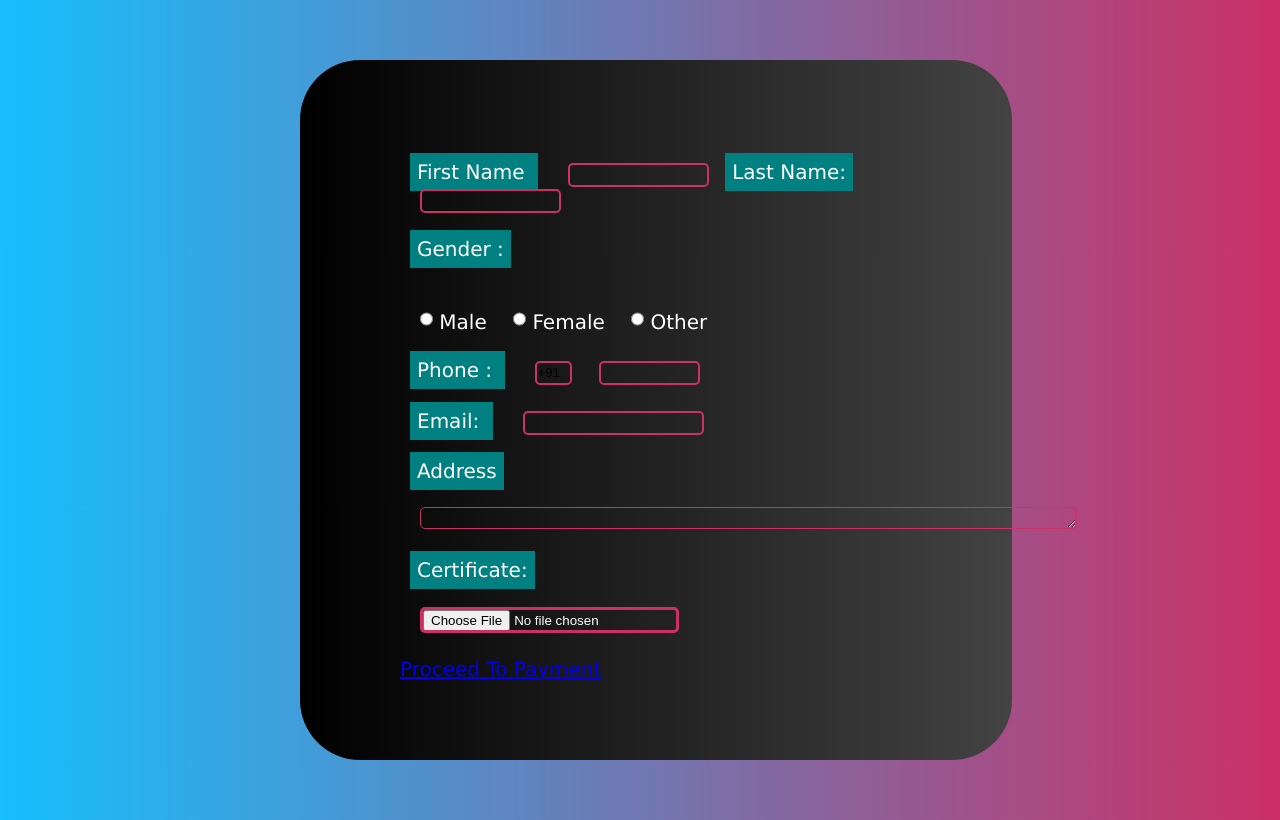
Repository: sarthakkathpalia/elliptical
Page: html/form.html
An editor plug-in stored every save of this project. The page is shown before and after the next save, followed by the edit.
The browser window is 1280 px wide. The pictures show the whole page.

Above is the page before, as saved 2021-10-30 17:48:02.

### html/form.html
<!DOCTYPE html>
<html lang="en">
<head>
    <meta charset="UTF-8">
    <meta http-equiv="X-UA-Compatible" content="IE=edge">
    <meta name="viewport" content="width=device-width, initial-scale=1.0">
    <title>form</title>
</head>
<style>
        *{
        padding: 0%;
        margin: 0%;
            }
        input , textarea{
            border-radius: 5px;
            margin-left: 20px;
            height: 20px;
            background: transparent;
            border-style: solid;
            border-color: #CB3066;
        }
        label{
            background-color: teal;
            padding: 7px;
            margin: 10px;
        }
        .book{
            display:flex;
            align-items: center;

            background-image: linear-gradient(to right ,#16BFFD,#CB3066);
        }
        .box{
            font-family:'Lucida Sans', 'Lucida Sans Regular', 'Lucida Grande', 'Lucida Sans Unicode', Geneva, Verdana, sans-serif;
            border-radius: 60px;
            font-size: 20px;
            color: white;
            background-image: linear-gradient(to right , #000000,#434343);
            width: 40%;
            height: 500px;
            margin-top: 60px;
            margin-bottom: 60px;
            margin-left: 300px;
            padding: 100px;
        }

</style>
<body>
    <form class="book">
      <div class="box">
        <label> First Name </label>
        <input type="text" name="firstname" size="15"/>
        <label> Last Name: </label>
        <input type="text" name="lastname" size="15"/> <br> <br>

        <label>
        Gender :
        </label><br>  <br><br>
        <input type="radio" name="male"/> Male
        <input type="radio" name="female"/> Female
        <input type="radio" name="other"/> Other
        <br>
        <br>

        <label>
        Phone :
        </label>
        <input type="text" name="country code"  value="+91" size="2"/>
        <input type="text" name="phone" size="10"/> <br> <br>
        <label>
            Email:
        </label>
        <input type="email" id="email" name="email"/> <br>
        <br>
        <label>
            Address
        </label>
        <br>
        <br>
        <textarea cols="80" rows="5" value="address">
        </textarea>
        <br> <br>

        <label>
            Certificate:
        </label>
        <br>
        <br>
        <input type="file" id="image-input" accept="image/*">
        <br>
        <br>
        <a href="index.html">Proceed To Payment</a>
        <!-- <button type="submit">Proceed To Payment</button> -->
    </div>
        </form>
</body>
</html>

After the next save:
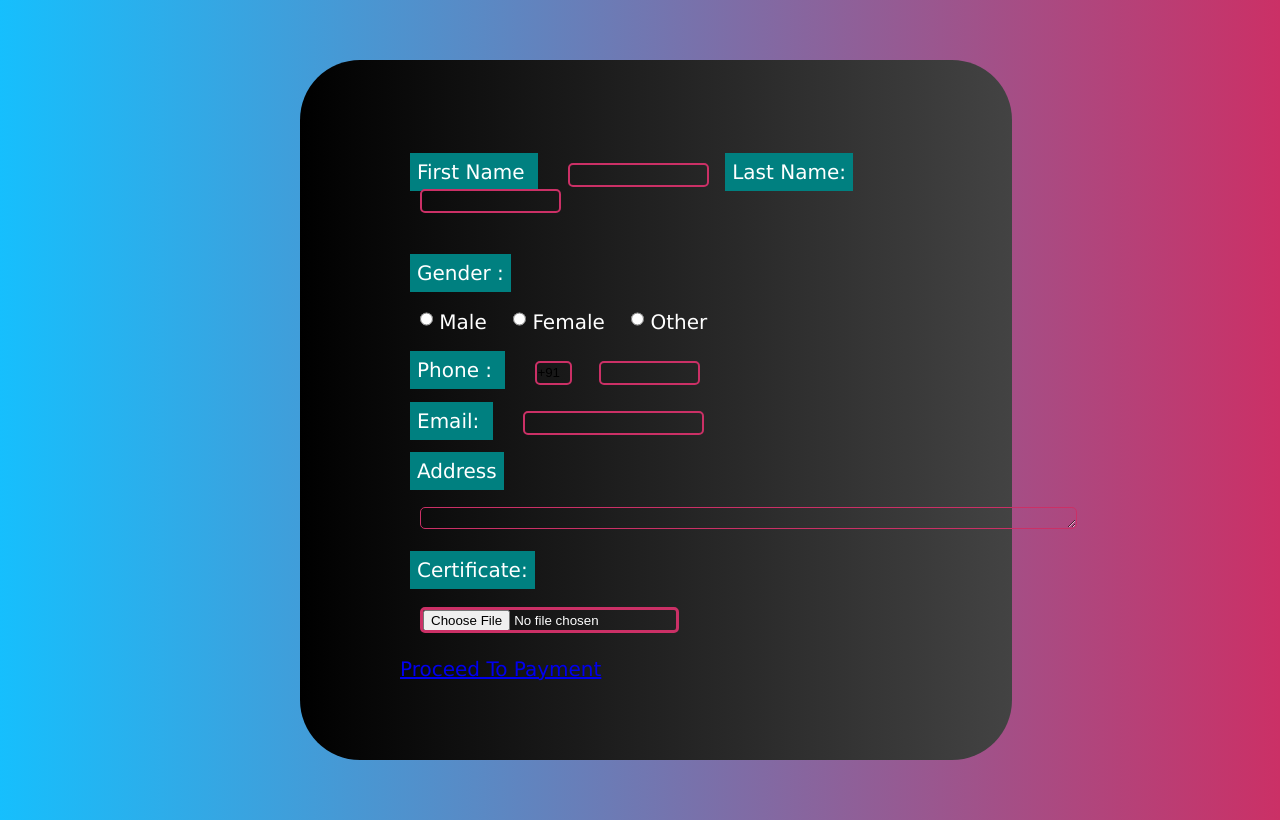
Saved 10 s later.
--- a/html/form.html
+++ b/html/form.html
@@ -51,11 +51,11 @@
         <label> First Name </label>
         <input type="text" name="firstname" size="15"/>
         <label> Last Name: </label>
-        <input type="text" name="lastname" size="15"/> <br> <br>
+        <input type="text" name="lastname" size="15"/> <br> <br> <br>
 
         <label>
         Gender :
-        </label><br>  <br><br>
+        </label><br>  <br>
         <input type="radio" name="male"/> Male
         <input type="radio" name="female"/> Female
         <input type="radio" name="other"/> Other
